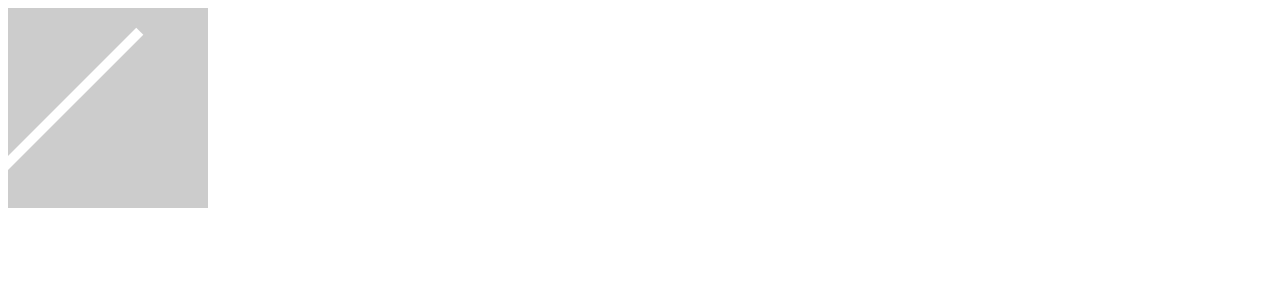
Repository: yaoxin1996/All-kinds-of-practice
Page: html/index.html
An editor plug-in stored every save of this project. The page is shown before and after the next save, followed by the edit.
The browser window is 1280 px wide. The pictures show the whole page.

Above is the page before, as saved 2022-05-22 10:05:16.

After the next save:
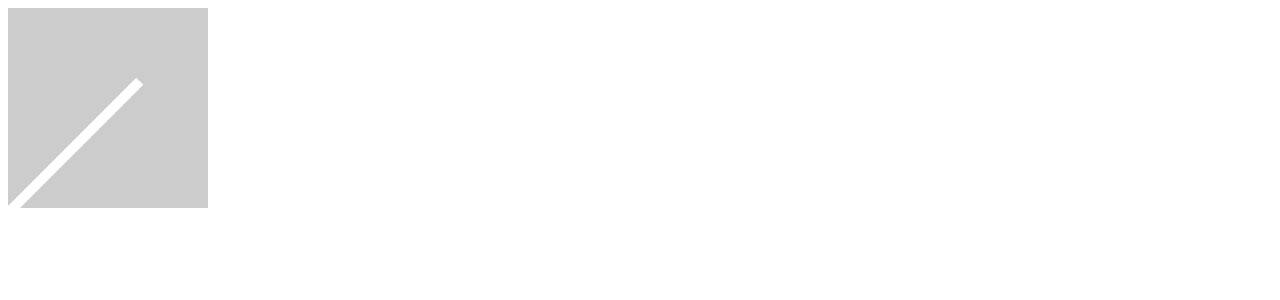
Saved 10 s later.
--- a/html/index.html
+++ b/html/index.html
@@ -23,7 +23,7 @@
     transform: rotate(45deg);
     background-color: #fff;
     position: absolute;
-    top: -50px;
+    top: 0px;
     left: -50px;
   }
   .box:hover .inner::after{
